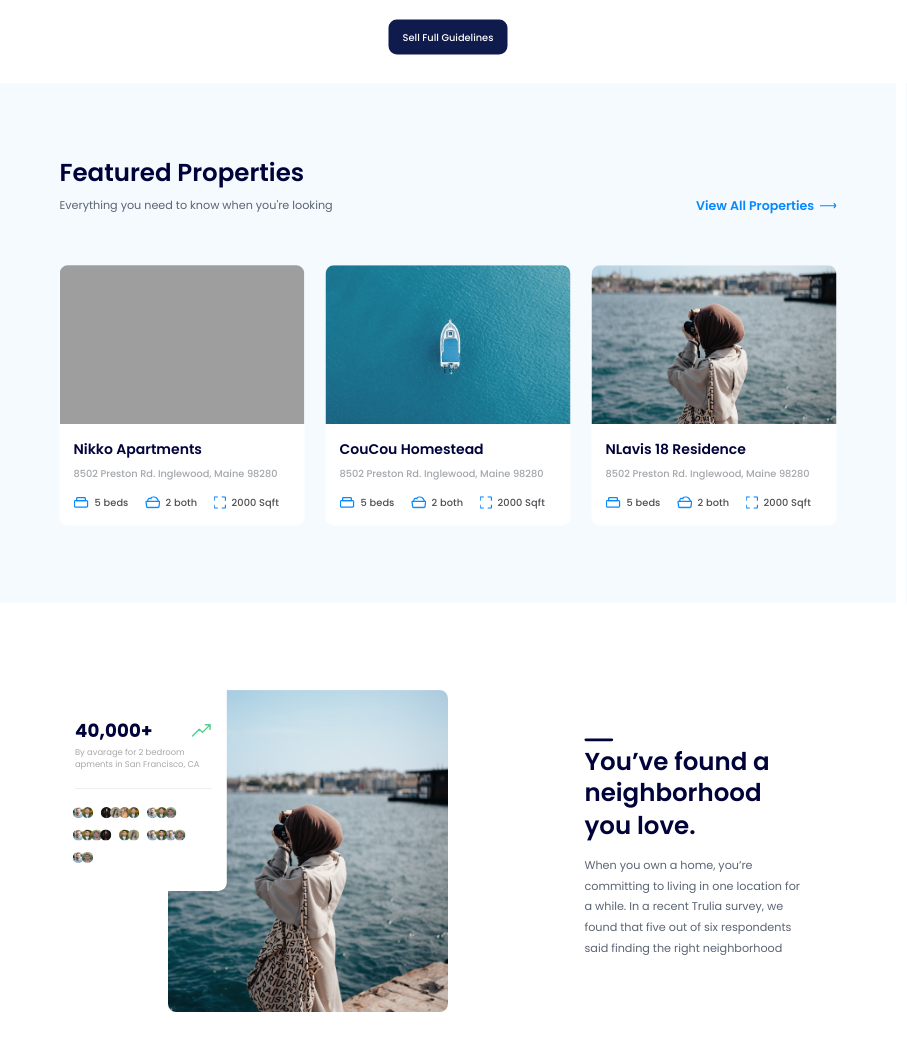
Repository: Kazuto-2004/f8-htmlcss-01
Page: index.html
The author's editor kept a copy of each file at every save. The page is drawn from the files as they stood at one save, then again after the next save.
The browser window is 1280 px wide. The page is 1295 px wide, so the pictures cover 1295 px, including what lies to the right of the window. The pictures show the part of the page from y = 1577 to 3457 px (the page is 3073 px tall before and 3457 px after), at 70% of full size.
Pictures or frames that could not be fetched are drawn as grey boxes.

Above is the page before, as saved 2023-07-15 17:22:31.

After the next save:
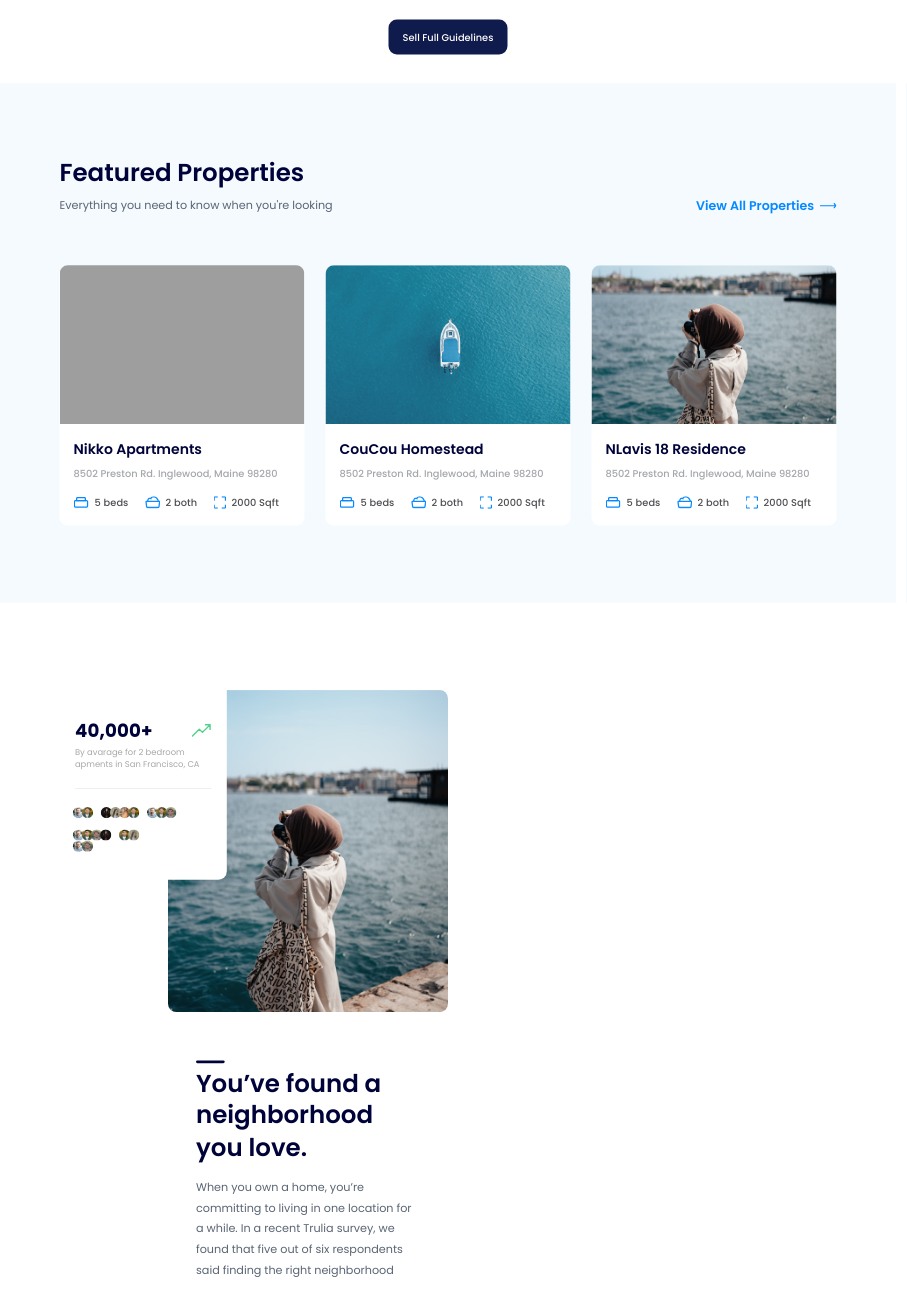
Saved 83 s later.
--- a/index.html
+++ b/index.html
@@ -395,25 +395,7 @@
                                             alt=""
                                             class="avatar" />
                                     </div>
-                                    <div class="avatar-group">
-                                        <img
-                                            src="./assets/img/avatar-1.jpeg"
-                                            alt=""
-                                            class="avatar" />
-                                        <img
-                                            src="./assets/img/avatar-2.jpeg"
-                                            alt=""
-                                            class="avatar" />
-                                        <div class="avatar-group">
-                                            <img
-                                                src="./assets/img/avatar-1.jpeg"
-                                                alt=""
-                                                class="avatar" />
-                                            <img
-                                                src="./assets/img/avatar-3.jpeg"
-                                                alt=""
-                                                class="avatar" />
-                                        </div>
+
                                     </div>
                                     <div class="avatar-group">
                                         <img
